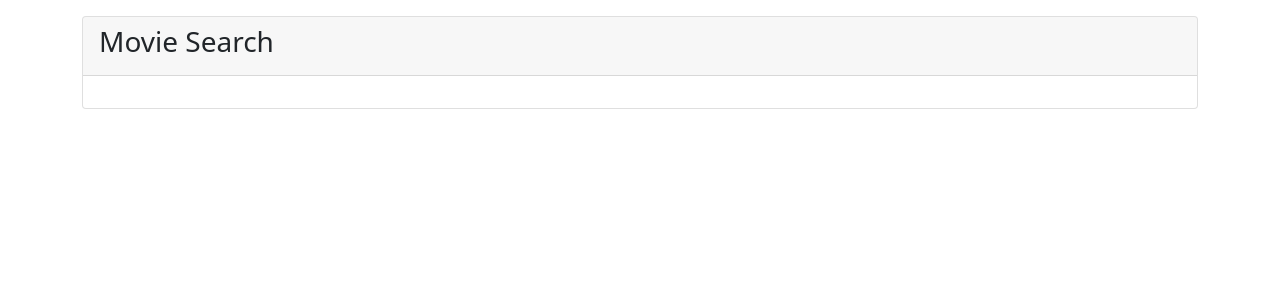
Repository: deepcloudlabs/dcl372-2022-jan-04
Page: imdb-boot/src/main/webapp/index.html
The author's editor kept a copy of each file at every save. The page is drawn from the files as they stood at one save, then again after the next save.
The browser window is 1280 px wide. The pictures show the whole page.

Above is the page before, as saved 2022-01-04 19:08:52.

After the next save:
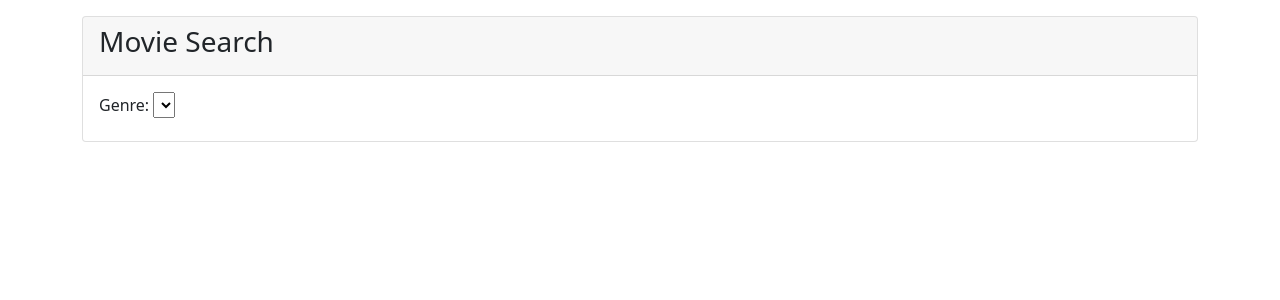
Saved 70 s later.
--- a/imdb-boot/src/main/webapp/index.html
+++ b/imdb-boot/src/main/webapp/index.html
@@ -14,6 +14,11 @@
 			<h3><span class="card-title">Movie Search</span></h3>
 		</div>
 		<div class="card-body">
+			<div class="form-group">
+				<label class="form-label" for="genre">Genre:</label>
+				<select id="genre">
+				</select>
+			</div>
 		</div>
 	</div>
 </div>
